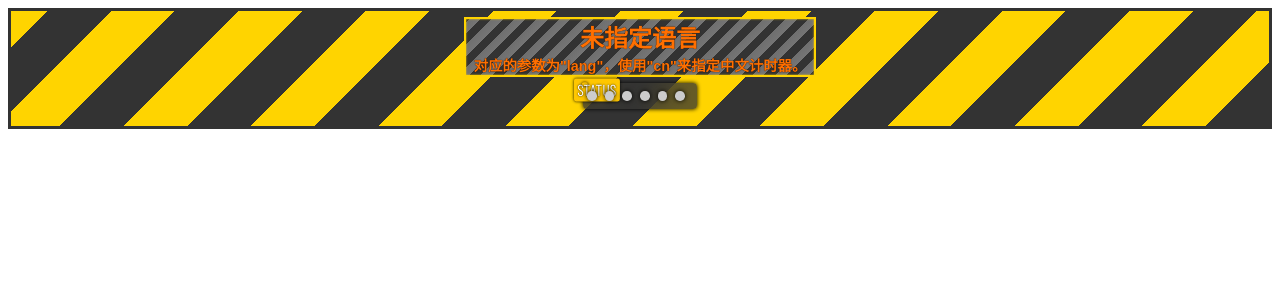
Repository: cirisus/ArknighTimer
Page: timer.html
The author's editor kept a copy of each file at every save. The page is drawn from the files as they stood at one save, then again after the next save.
The browser window is 1280 px wide. The pictures show the whole page.
Some web fonts or font styles are not loaded; a fallback is used.

Above is the page before, as saved 2024-03-09 15:50:51.

### timer.html
<!DOCTYPE html>
<html>
  <head>
    <meta charset="UTF-8">
    <meta name="description" content="明日方舟同人中文站计时器本体">
    <meta name="keywords" content="arknights,wiki,timer">
    <link rel="stylesheet" href="/ArknighTimer/timer.css">
    <script src="/ArknighTimer/timer.js"></script>
  </head>

  <body>
    <noscript>此程序强依赖于对应的Javascript脚本。</noscript>

    <div id="timer">
      <div id="stuff">
      <h2 id="title"></h2>

      <div id="clock">
        <div id="years-div" class="unit">
          <span id="years" class="unit-value"></span>
          <span id="years-label" class="unit-label"></span>
        </div>

        <div id="months-div" class="unit">
          <span id="months" class="unit-value"></span>
          <span id="months-label" class="unit-label"></span>
        </div>

        <div id="days-div" class="unit">
          <span id="days" class="unit-value"></span>
          <span id="days-label" class="unit-label"></span>
        </div>

        <div id="hours-div" class="unit">
          <span id="hours" class="unit-value"></span>
          <span id="hours-label" class="unit-label"></span>
        </div>

        <div id="minutes-div" class="unit">
          <span id="minutes" class="unit-value"></span>
          <span id="minutes-label" class="unit-label"></span>
        </div>

        <div id="seconds-div" class="unit">
          <span id="seconds" class="unit-value"></span>
          <span id="seconds-label" class="unit-label"></span>
        </div>
        </div>
      </div>
    </div>
  </body>
</html>

### timer.css
@import url('https://fonts.googleapis.com/css2?family=Barlow+Condensed:ital,wght@0,100;0,200;0,300;0,400;0,500;0,600;0,700;0,800;0,900;1,100;1,200;1,300;1,400;1,500;1,600;1,700;1,800;1,900&display=swap');
@font-face {
  font-family: Glow Sans SC_Condensed;
  src: url(https://cdn.jsdelivr.net/gh/cirisus/ArknighTimer/GlowSans/GlowSansSC-Condensed-Medium.woff2);
  font-weight: normal;
  font-style: normal;
}
:root {
  --secondary-accent: 255, 212, 0;
  --scale-2: 51,51,51;
}
body {
  font-family: 'Glow Sans SC_Condensed',Arial, sans-serif;
  text-shadow: 0 0 1px black;
}
#timer {
  display: grid;
  grid-auto-columns: 1fr;
  grid-auto-rows: 1fr;
  grid-template-columns: 1fr;
  grid-template-rows: min-content 1fr;
  gap: 1px 1px;
  grid-template-areas:
    "title"
    "countdown";

  padding: 0.5rem;
  border: 3px solid rgb(var(--scale-2));
  background: repeating-linear-gradient(-45deg, rgb(var(--scale-2)), rgb(var(--scale-2)) 45px, rgb(var(--secondary-accent)) 0, rgb(var(--secondary-accent)) 90px);
}
#title {
  grid-area: title;
  text-align: center;
  margin-block-start: 0;
  margin-block-end: 0;
  background: rgb(var(--scale-2));
  width: fit-content;
  padding: 0 .5rem;
  margin: auto;
    outline: 2px solid #ffd301;
    box-shadow: inset 0 0 2px #ffd400;
    background-image: repeating-linear-gradient(135deg, rgb(var(--scale-2)), rgb(var(--scale-2)) 8px, rgb(111 111 111) 0, rgb(117 117 117) 16px);
    background-size: 500%;
    animation: progress-bar 300s infinite linear;
}
@keyframes progress-bar {
  0% {
    background-position-x: 100%;
  }
  100% {
    background-position: -400%;
  }
}
/*
h2#title:after {
  content: '';
  height: 47px;
  width: 2rem;
  position: absolute;
  transform: translateX(8px);
  background: #333;
  -webkit-clip-path: polygon(60% 0, 100% 50%, 60% 100%, 0 100%, 0 0);
  clip-path: polygon(60% 0, 100% 50%, 60% 100%, 0 100%, 0 0);
}
*/
#clock {
  display: flex;
  width: fit-content;
  justify-content: center;
  align-items: center;
  flex-wrap: wrap;
  grid-area: countdown;
  color: #f3f2ec;
  background-color: rgb(var(--scale-2), .75);
  -webkit-backdrop-filter: blur(1rem);
  backdrop-filter: blur(1rem);
  text-align: center;
  border-radius: 0.25em;
  margin: .5em auto;
  padding: 0 .25rem;
  box-shadow: 0 0 4px black;
  box-sizing: border-box;
  &::before {
    content: 'Status';
    font-family: "Barlow Condensed", sans-serif;
    position: absolute;
    display: inline-flex;
    top: 0;
    left: 0;
    width: fit-content;
    height: fit-content;
    border-radius: 0.15em;
    background-color: #ffc700;
    z-index: -1;
    transform: translate(-20%,-20%);
    box-shadow: 0 0 3px 0px black;
    padding: 2px 3px;
    align-items: center;
    color: white;
    text-shadow: 0 0 2px black;
    text-transform: uppercase;
  }
  &::after {
    content: attr(data-status);
    font-family: "Barlow Condensed", sans-serif;
    position: absolute;
    display: inline-flex;
    top: 0;
    left: 0;
    width: fit-content;
    height: fit-content;
    border-radius: 0.15em;
    z-index: -1;
    transform: translate(-20%,-20%);
    box-shadow: 0 0 3px 0px black;
    padding: 2px 3px;
    align-items: center;
    text-shadow: 0 0 2px black;
    text-transform: uppercase;
  }
}
#clock[data-status="running"]::after {
  background-color: #16663e;
  color: #ccc;
}
#clock[data-status="expired"]::after {
  background-color: #ffcc00;
  color: #ccc;
}
#clock[data-status="ceased"]::after {
  background-color: #ad2117;
  color: #ccc;
}
.unit {
  display: inline-flex;
  margin: 0.5em 0;
  justify-content: center;
  align-items: center;
}

.unit-value {
  font-family: "Barlow Condensed", sans-serif;
  font-size: 2em;
  color: #333;
  background-color: #ccc;
  border-radius: 0.15em;
  padding: 0.15em;
  box-shadow: 0 0 5px black;
}

.unit-label {
  font-size: 1.5em;
  padding: 0 .25rem;
}

/* Basic utility classes */
.hidden {
  display: none;
}

.error {
  color: rgb(255, 111, 0);
  animation: none;
}
.error-secondary {
  font-size: 0.6em;
}
.progress {
  color: #f3f2ec;
}

.finished {
  color: #fff28e;
  animation: none;
}

### timer.js
// Constants
var SECONDS_MS = 1000;
var MINUTES_MS = SECONDS_MS * 60;
var HOURS_MS = MINUTES_MS * 60;
var DAYS_MS = HOURS_MS * 24;

var SECONDS_ENUM = 0;
var MINUTES_ENUM = 1;
var HOURS_ENUM = 2;
var DAYS_ENUM = 3;
var MONTHS_ENUM = 4;
var YEARS_ENUM = 5;

// Initialization errors are only in English unfortunately.
function setError(primary, secondary = null) {
  var titleElement = document.getElementById('title');
  titleElement.classList.add('error');
  titleElement.innerText = primary;

  var clockElement = document.getElementById('clock');
  clockElement.classList.add('hidden');

  if (secondary) {
    var messageElement = document.createElement('div');
    messageElement.classList.add('error-secondary');
    messageElement.innerText = secondary;
    titleElement.appendChild(messageElement);
  }
}

// Localization
function getMessage(language, messageKey) {
  var translations = {
    // English
    'en': {
      'timer-description': 'Timer expiring at',
      'timer-progress': 'This timer will expire in',
      'timer-finished': 'This timer has been expired since',
      'years': 'years',
      'months': 'months',
      'days': 'days',
      'hours': 'hours',
      'minutes': 'minutes',
      'seconds': 'seconds',
    },

    // French
    'fr': {
      'timer-description': 'Fin du compte à rebours à',
      'timer-progress': 'Ce compte à rebours se terminera dans',
      'timer-finished': 'Ce compte à rebous est terminé depuis',
      'years': 'ans',
      'months': 'mois',
      'days': 'jours',
      'hours': 'heures',
      'minutes': 'minutes',
      'seconds': 'secondes',
    },

    // Pig Latin
    'pig': {
      'timer-description': 'Imertay expiringyay atyay',
      'timer-progress': 'Isthay imertay illway expireyay inyay',
      'timer-finished': 'Isthay imertay ashay eenbay expiredyay incesay',
      'years': 'earsyay',
      'months': 'onthsmay',
      'days': 'aysday',
      'hours': 'ourshay',
      'minutes': 'inutesmay',
      'seconds': 'econdssay',
    },

    // Spanish
    'es': {
      'timer-description': 'El temporizador finaliza en',
      'timer-progress': 'El temporizador finalizará en',
      'timer-finished': 'El temporizador ha finalizado desde hace',
      'years': 'años',
      'months': 'meses',
      'days': 'días',
      'hours': 'horas',
      'minutes': 'minutos',
      'seconds': 'segundos',
    },

    // Vietnamese
    'vi': {
      'timer-description': 'Đồng hồ kết thúc vào',
      'timer-progress': 'Đồng hồ sẽ kết thúc trong',
      'timer-finished': 'Đồng hồ này đã kết thúc kể từ',
      'years': 'năm',
      'months': 'tháng',
      'days': 'ngày',
      'hours': 'giờ',
      'minutes': 'phút',
      'seconds': 'giây',
    },

    // Simplified Chinese
    'cn': {
      'timer-description': '此计时器将过期于：',
      'timer-progress': '此计时器将过期于：',
      'timer-finished': '此计时器已过期：',
      'years': '年',
      'months': '月',
      'days': '日',
      'hours': '时',
      'minutes': '分',
      'seconds': '秒',
    },
  };

  // Special case:
  // The 'test' language just echoes the message key back out.
  if (language === 'test') {
    return messageKey;
  }

  // Get message based on language
  var messages = translations[language];
  if (!messages) {
    setError('暂无此语言的计时器 ' + language);
    return null;
  }

  var message = messages[messageKey];
  if (!message) {
    setError('无效的参数' + messageKey);
    return null;
  }

  return message;
}

function insertCSS(styling) {
  var head = document.head || document.getElementsByTagName('head')[0];
  var style = document.createElement('style');

  style.type = 'text/css';
  style.appendChild(document.createTextNode(styling));
  head.appendChild(style);
}

function getDaysInFebruary(startYear) {
  return (startYear % 4 === 0 && startYear % 100 !== 0)
    || startYear % 400 === 0 ? 29 : 28;
}

function elapsedData(targetTime) {
  var now = new Date();
  var elapsed = now - targetTime;

  if (elapsed >= 0) {
    // Date is in the past
    return {
      elapsed: elapsed,
      finished: true,
      startTime: targetTime,
      endTime: now,
    };
  } else {
    // Date is in the future
    return {
      elapsed: -elapsed,
      finished: false,
      startTime: now,
      endTime: targetTime,
    };
  }
}

// Based on https://stackoverflow.com/a/49201872
// Calculate differences greater than a day.
function dateDiff(startDate, endDate) {
  // Trim sub-day differences to avoid 0.8 days from rounding up.
  var diff = endDate - startDate;
  diff -= Math.floor(diff % DAYS_MS);
  endDate = new Date(startDate.getTime() + diff);

  // Get month data
  var february = getDaysInFebruary(startDate.getFullYear());
  var daysInMonth = [31, february, 31, 30, 31, 30, 31, 31, 30, 31, 30, 31];

  var yearDiff = endDate.getFullYear() - startDate.getFullYear();
  var monthDiff = endDate.getMonth() - startDate.getMonth();
  if (monthDiff < 0) {
    yearDiff--;
    monthDiff += 12;
  }

  var dayDiff = endDate.getDate() - startDate.getDate();
  if (dayDiff < 0) {
    if (monthDiff > 0) {
      monthDiff--;
    } else {
      yearDiff--;
      monthDiff = 11;
    }

    dayDiff += daysInMonth[startDate.getMonth()];
  }

  return {
    years: yearDiff,
    months: monthDiff,
    days: dayDiff,
  };
}

// Calculate difference in time, in all units
function timeRemaining(targetTime) {
  var data = elapsedData(targetTime);

  // Differences > 1 day
  var dateDiffs = dateDiff(data.startTime, data.endTime);
  var years = dateDiffs.years;
  var months = dateDiffs.months;
  var days = dateDiffs.days;

  // Differences < 1 day
  var elapsed = Math.floor(data.elapsed % DAYS_MS);

  var hours = Math.floor(elapsed / HOURS_MS);
  elapsed = Math.floor(elapsed % HOURS_MS);

  var minutes = Math.floor(elapsed / MINUTES_MS);
  elapsed = Math.floor(elapsed % MINUTES_MS);

  var seconds = Math.floor(elapsed / SECONDS_MS);
  elapsed = Math.floor(elapsed % MINUTES_MS);

  // Get highest unit present
  var highest;
  if (years > 0) {
    highest = YEARS_ENUM;
  } else if (months > 0) {
    highest = MONTHS_ENUM;
  } else if (days > 0) {
    highest = DAYS_ENUM;
  } else if (hours > 0) {
    highest = HOURS_ENUM;
  } else if (minutes > 0) {
    highest = MINUTES_ENUM;
  } else {
    highest = SECONDS_ENUM;
  }

  return {
    years: years,
    months: months,
    days: days,
    hours: hours,
    minutes: minutes,
    seconds: seconds,
    finished: data.finished,
    highest: highest,
  };
}

function setTimerField(language, field, value) {
  var visible = value !== null;

  if (visible) {
    document.getElementById(field).innerText = value;
  }

  setTimerFieldVisibility(field, visible);
}

function setTimerFieldVisibility(field, visible) {
  var element = document.getElementById(field + '-div');

  if (visible) {
    element.classList.remove('hidden');
  } else {
    element.classList.add('hidden');
  }
}

function createTimer(language, targetTime, progressMessage, finishedMessage) {
  progressMessage = progressMessage || getMessage(language, 'timer-progress');
  finishedMessage = finishedMessage || getMessage(language, 'timer-finished');

  // Update routine, to invoke every second
  var timerFields = [
    ['years', YEARS_ENUM, 1],
    ['months', MONTHS_ENUM, 1],
    ['days', DAYS_ENUM, 1],
    ['hours', HOURS_ENUM, 2],
    ['minutes', MINUTES_ENUM, 2],
    ['seconds', SECONDS_ENUM, 2],
  ];

  // Initial application of field labels
  for (var i = 0; i < timerFields.length; i++) {
    var field = timerFields[i][0];
    document.getElementById(field + '-label').innerText = getMessage(language, field);
  }

  function updateTimer() {
    var remaining = timeRemaining(targetTime);

    // Set title message
    var titleElement = document.getElementById('title');

    if (remaining.finished) {
      titleElement.innerText = finishedMessage;
      titleElement.classList = ['finished'];
      document.getElementById('clock').setAttribute('data-status', 'expired');
    } else {
      titleElement.innerText = progressMessage;
      titleElement.classList = ['progress'];
      document.getElementById('clock').setAttribute('data-status', 'running');
    }

    // Set individual timer fields
    for (var i = 0; i < timerFields.length; i++) {
      var field = timerFields[i][0];
      var fieldEnum = timerFields[i][1];
      var padWidth = timerFields[i][2];

      // If the value is to be shown, then display it.
      // Ensure digits are padded to the appropriate width.
      var value = remaining.highest >= fieldEnum
        ? String(remaining[field]).padStart(padWidth, '0')
        : null;

      setTimerField(language, field, value);
    }
  }

  // Set title.
  // Since this is meant to be used as an iframe, setting it every tick is pointless.
  document.title = getMessage(language, 'timer-description') + ' ' + targetTime;

  // Configure timer to run regularly.
  updateTimer();
  setInterval(updateTimer, 1000);
}

function setup() {
  // Get parameters
  var url = new URL(window.location.href);
  var parameters = new URLSearchParams(url.search);
  var language = parameters.get('lang');
  var timestamp = parameters.get('time');
  var progressMessage = parameters.get('progress');
  var finishedMessage = parameters.get('finished');
  var styling = parameters.get('style'); // allows custom CSS to be injected

  // Check parameters
  if (!language) {
    setError('未指定语言', '对应的参数为"lang"，使用"cn"来指定中文计时器。');
    return;
  }

  if (!timestamp) {
    setError('未设置时间','对应的参数是"time"，可以使用UNIX时间戳或ISO时间字符串。');
    return;
  }

  var targetTime;
  if (/^\d+(\.\d+)?$/.exec(timestamp)) {
    targetTime = new Date(parseFloat(timestamp) * 1000);
  } else {
    targetTime = new Date(timestamp);
    if (isNaN(targetTime)) {
      setError('无效时间戳', timestamp);
      return;
    }
  }

  // Insert custom CSS, if any
  if (styling !== null) {
    insertCSS(styling);
  }

  // Initialize clock
  createTimer(language, targetTime, progressMessage, finishedMessage);
}

setTimeout(setup, 5);

After the next save:
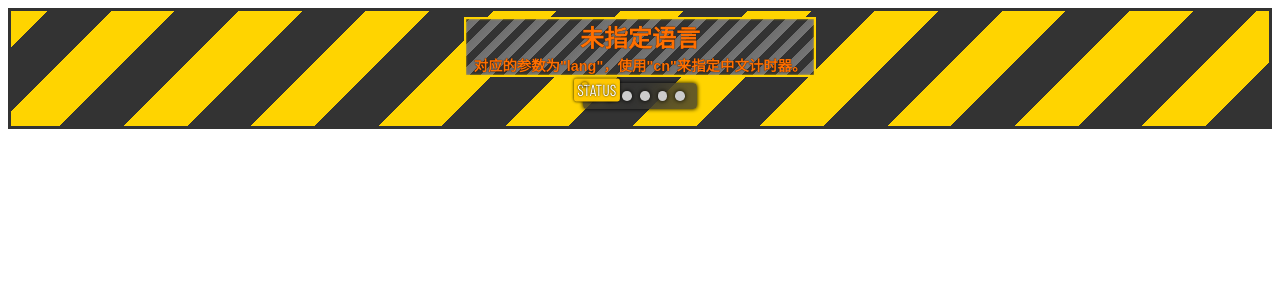
Saved 20 min 56 s later.
--- a/timer.css
+++ b/timer.css
@@ -91,7 +91,7 @@
     height: fit-content;
     border-radius: 0.15em;
     background-color: #ffc700;
-    z-index: -1;
+    z-index: 1;
     transform: translate(-20%,-20%);
     box-shadow: 0 0 3px 0px black;
     padding: 2px 3px;
@@ -110,7 +110,7 @@
     width: fit-content;
     height: fit-content;
     border-radius: 0.15em;
-    z-index: -1;
+    z-index: 1;
     transform: translate(-20%,-20%);
     box-shadow: 0 0 3px 0px black;
     padding: 2px 3px;
